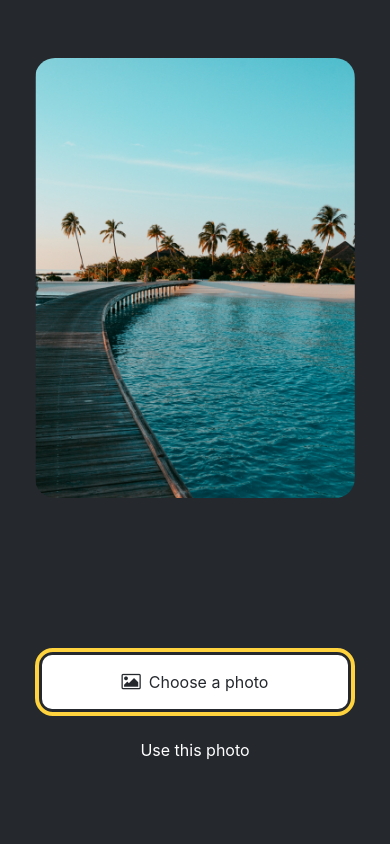
Repository: Ghostlybot16/Capstone_Proj
Screen: /
The author's editor kept a copy of each file at every save. The screen is drawn from the files as they stood at one save, then again after the next save.
The app was drawn by React Native's web renderer in a window 390 px wide. The project was rebuilt for these pictures with package versions that can differ from the ones it lists, and the page was loaded fresh each time.

Above is the screen before, as saved 2024-11-08 00:16:42.

### App.js
import { StatusBar } from "expo-status-bar";
import { StyleSheet, View} from "react-native";

import Button from './Components/Button';
import ImageViewer from './Components/ImageViewer';

const PlaceholderImage = require("./assets/images/background-image.png");

export default function App() {
  return (
    <View style={styles.container}>
      <View style={styles.imageContainer}>
        <ImageViewer placeholderImageSource={PlaceholderImage} />
      </View>
      <View style={styles.footerContainer}>
        <Button theme="primary" label="Choose a photo" />
        <Button label="Use this photo" />
      </View>
      <StatusBar style="auto" />
    </View>
  );
}


const styles = StyleSheet.create({
  container: {
    flex: 1,
    backgroundColor: '#25292e',
    alignItems: 'center',
  },
  imageContainer: {
    flex: 1,
    paddingTop: 58,
  },
  footerContainer: {
    flex: 1 / 3,
    alignItems: 'center',
  },
});

### Components/Button.js
import { StyleSheet, View, Pressable, Text } from 'react-native';
import FontAwesome from "@expo/vector-icons/FontAwesome";

export default function Button({ label, theme }) {
  if (theme === "primary") {
    return (
      <View style={[styles.buttonContainer, { borderWidth: 4, borderColor: "#ffd33d", borderRadius: 18 }]}>
        <Pressable
          style={[styles.button, { backgroundColor: "#fff" }]}
          onPress={() => alert('You pressed a button.')}
        >
          <FontAwesome
            name="picture-o"
            size={18}
            color="#25292e"
            style={styles.buttonIcon}
          />
          <Text style={[styles.buttonLabel, { color: "#25292e" }]}>{label}</Text>
        </Pressable>
      </View>
    );
  }

  return (
    <View style={styles.buttonContainer}>
        <Pressable style={styles.button} onPress={() => alert('You pressed a button.')}>
          <Text style={styles.buttonLabel}>{label}</Text>
        </Pressable>
      </View>
  );
}

const styles = StyleSheet.create({
  buttonContainer: {
    width: 320,
    height: 68,
    marginHorizontal: 20,
    alignItems: 'center',
    justifyContent: 'center',
    padding: 3,
  },
  button: {
    borderRadius: 10,
    width: '100%',
    height: '100%',
    alignItems: 'center',
    justifyContent: 'center',
    flexDirection: 'row',
  },
  buttonIcon: {
    paddingRight: 8,
  },
  buttonLabel: {
    color: '#fff',
    fontSize: 16,
  },
});

### Components/ImageViewer.js
import { StyleSheet, Image } from 'react-native';

export default function ImageViewer({ placeholderImageSource }) {
  return (
    <Image source={placeholderImageSource} style={styles.image} />
  );
}

const styles = StyleSheet.create({
  image: {
    width: 320,
    height: 440,
    borderRadius: 20,
  },
});

### Components/Signup.js
import React, { useState } from 'react';
import { View, TextInput, Button, StyleSheet, Text } from 'react-native';

export default function SignUp({ onSignUp }) {
  const [email, setEmail] = useState('');
  const [password, setPassword] = useState('');

  const handleSignUp = () => {
    // Here you could validate inputs and send data to a backend server.
    onSignUp(email, password);
  };

  return (
    <View style={styles.container}>
      <Text style={styles.title}>Sign Up</Text>
      <TextInput
        style={styles.input}
        placeholder="Email"
        value={email}
        onChangeText={setEmail}
        keyboardType="email-address"
      />
      <TextInput
        style={styles.input}
        placeholder="Password"
        value={password}
        onChangeText={setPassword}
        secureTextEntry
      />
      <Button title="Sign Up" onPress={handleSignUp} />
    </View>
  );
}

const styles = StyleSheet.create({
  container: {
    flex: 1,
    justifyContent: 'center',
    padding: 20,
  },
  title: {
    fontSize: 24,
    marginBottom: 20,
    textAlign: 'center',
  },
  input: {
    borderWidth: 1,
    borderColor: '#ccc',
    padding: 10,
    borderRadius: 5,
    marginBottom: 10,
  },
});

After the next save:
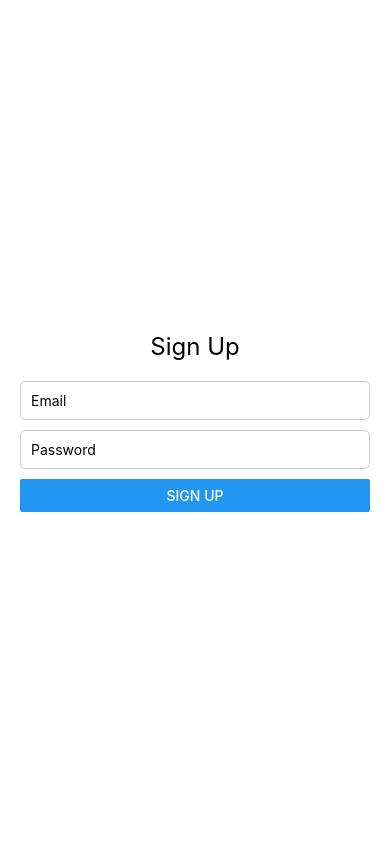
Saved 12 min 22 s later.
--- a/App.js
+++ b/App.js
@@ -1,39 +1,34 @@
+import React, { useState } from 'react';
 import { StatusBar } from "expo-status-bar";
-import { StyleSheet, View} from "react-native";
-
-import Button from './Components/Button';
-import ImageViewer from './Components/ImageViewer';
-
-const PlaceholderImage = require("./assets/images/background-image.png");
+import { StyleSheet, View } from "react-native";
+import SignUp from './Components/SignUp';
 
 export default function App() {
+  const [isSignedUp, setIsSignedUp] = useState(false);
+
+  const handleSignUp = (email, password) => {
+    // Handle sign-up logic here, e.g., sending data to the backend
+    console.log("User signed up with email:", email);
+    setIsSignedUp(true);
+  };
+
+  if (!isSignedUp) {
+    return <SignUp onSignUp={handleSignUp} />;
+  }
+
   return (
     <View style={styles.container}>
-      <View style={styles.imageContainer}>
-        <ImageViewer placeholderImageSource={PlaceholderImage} />
-      </View>
-      <View style={styles.footerContainer}>
-        <Button theme="primary" label="Choose a photo" />
-        <Button label="Use this photo" />
-      </View>
       <StatusBar style="auto" />
+      {/* Render the main app content here after signup */}
     </View>
   );
 }
-
 
 const styles = StyleSheet.create({
   container: {
     flex: 1,
     backgroundColor: '#25292e',
-    alignItems: 'center',
-  },
-  imageContainer: {
-    flex: 1,
-    paddingTop: 58,
-  },
-  footerContainer: {
-    flex: 1 / 3,
+    justifyContent: 'center',
     alignItems: 'center',
   },
 });
